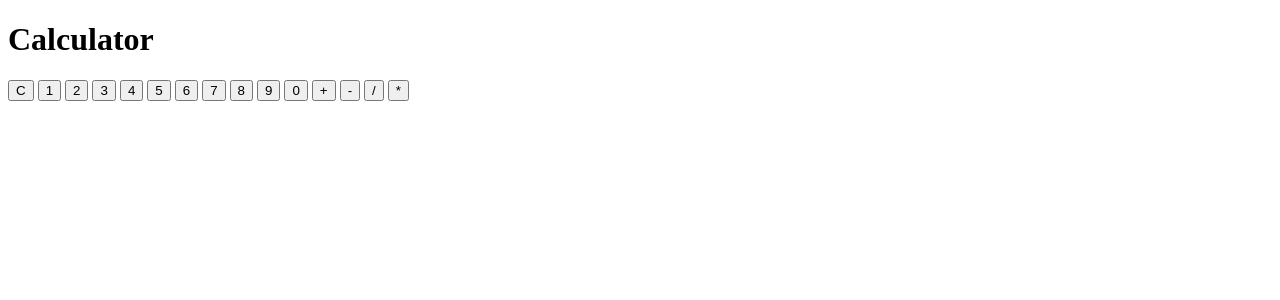
Repository: Gibon9/SimpleCalc
Page: index.html
The author's editor kept a copy of each file at every save. The page is drawn from the files as they stood at one save, then again after the next save.
The browser window is 1280 px wide. The pictures show the whole page.

Above is the page before, as saved 2020-11-25 14:46:05.

After the next save:
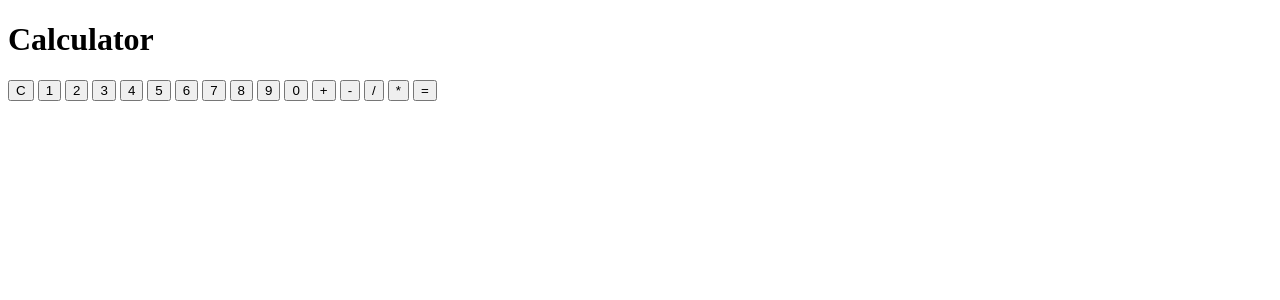
Saved 34 s later.
--- a/index.html
+++ b/index.html
@@ -25,6 +25,7 @@
         <button class="calc-button" id="minus">-</button>
         <button class="calc-button" id="divide">/</button>
         <button class="calc-button" id="multiply">*</button>
+        <button class="calc-button" id="equal">=</button>
       </section>
     </main>
   </body>
